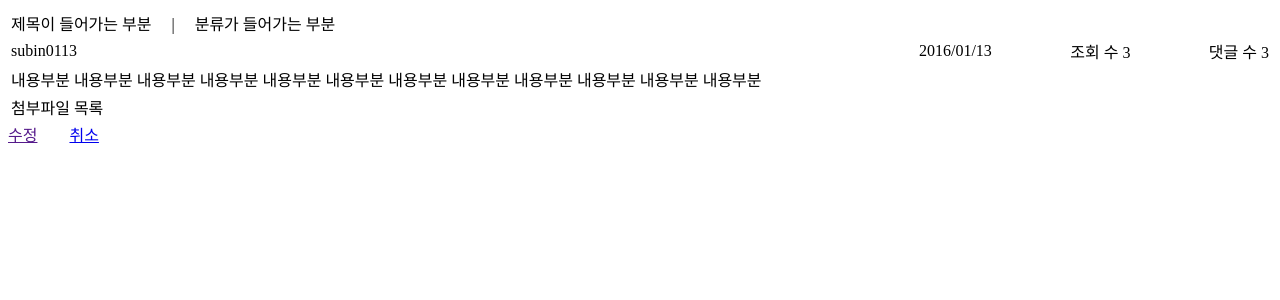
Repository: ekgus419/hckj
Page: http://localhost/Railro/WEB-INF/views/index.jsp
These files come from the project's save history. The page is drawn as it stood at one moment and after the next save; the edit follows.
The browser window is 1280 px wide. The pictures show the whole page.
The page is served by Tomcat 9. Nobody is signed in. The template is opened directly, without the code that normally fills it, so the values that code supplies are empty.

Above is the page before, as saved 2016-08-19 02:51:22.

After the next save:
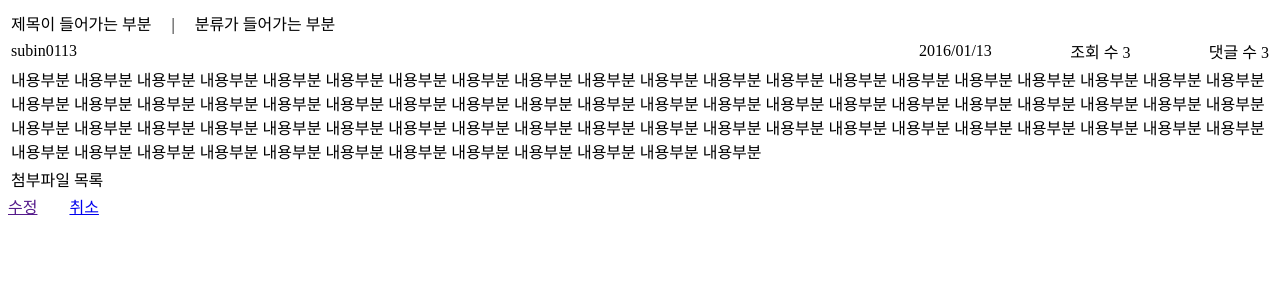
Saved 20 s later.
--- a/Railro/src/main/webapp/WEB-INF/views/index.jsp
+++ b/Railro/src/main/webapp/WEB-INF/views/index.jsp
@@ -40,6 +40,66 @@
 					내용부분
 					내용부분
 					내용부분
+					내용부분
+					내용부분
+					내용부분
+					내용부분
+					내용부분
+					내용부분
+					내용부분
+					내용부분
+					내용부분
+					내용부분
+					내용부분
+					내용부분
+					내용부분
+					내용부분
+					내용부분
+					내용부분
+					내용부분
+					내용부분
+					내용부분
+					내용부분
+					내용부분
+					내용부분
+					내용부분
+					내용부분
+					내용부분
+					내용부분
+					내용부분
+					내용부분
+					내용부분
+					내용부분
+					내용부분
+					내용부분
+					내용부분
+					내용부분
+					내용부분
+					내용부분
+					내용부분
+					내용부분
+					내용부분
+					내용부분
+					내용부분
+					내용부분
+					내용부분
+					내용부분
+					내용부분
+					내용부분
+					내용부분
+					내용부분
+					내용부분
+					내용부분
+					내용부분
+					내용부분
+					내용부분
+					내용부분
+					내용부분
+					내용부분
+					내용부분
+					내용부분
+					내용부분
+					내용부분
 				</td>
 			</tr>
 			<tr>
